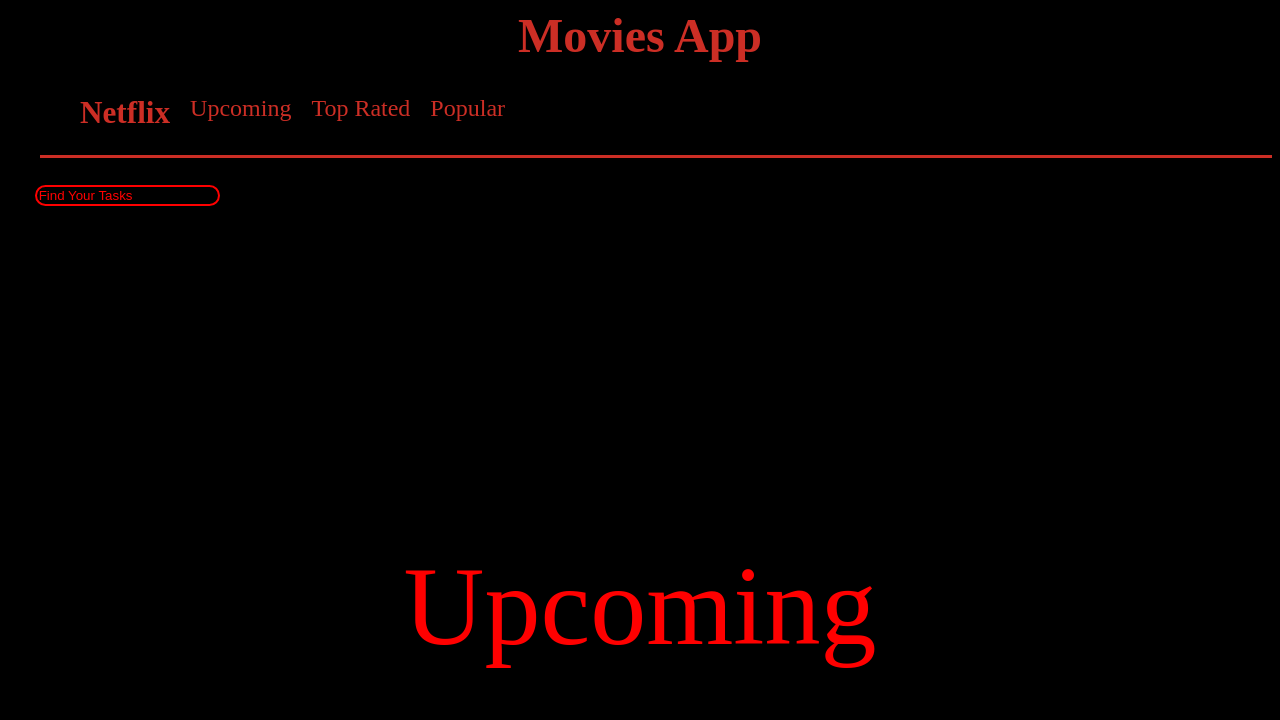
Repository: runner855/movie-app
Page: /
The author's editor kept a copy of each file at every save. The page is drawn from the files as they stood at one save, then again after the next save.
The browser window is 1280 px wide. The pictures show the whole page.
The project was rebuilt for these pictures with package versions that can differ from the ones it lists, and the page was loaded fresh each time. Also part of the build but not shown: src/styles/TopRated.css, src/components/TopRated.tsx, src/styles/Popular.css, src/components/Popular.tsx.

Above is the page before, as saved 2022-11-16 17:34:36.

After the next save:
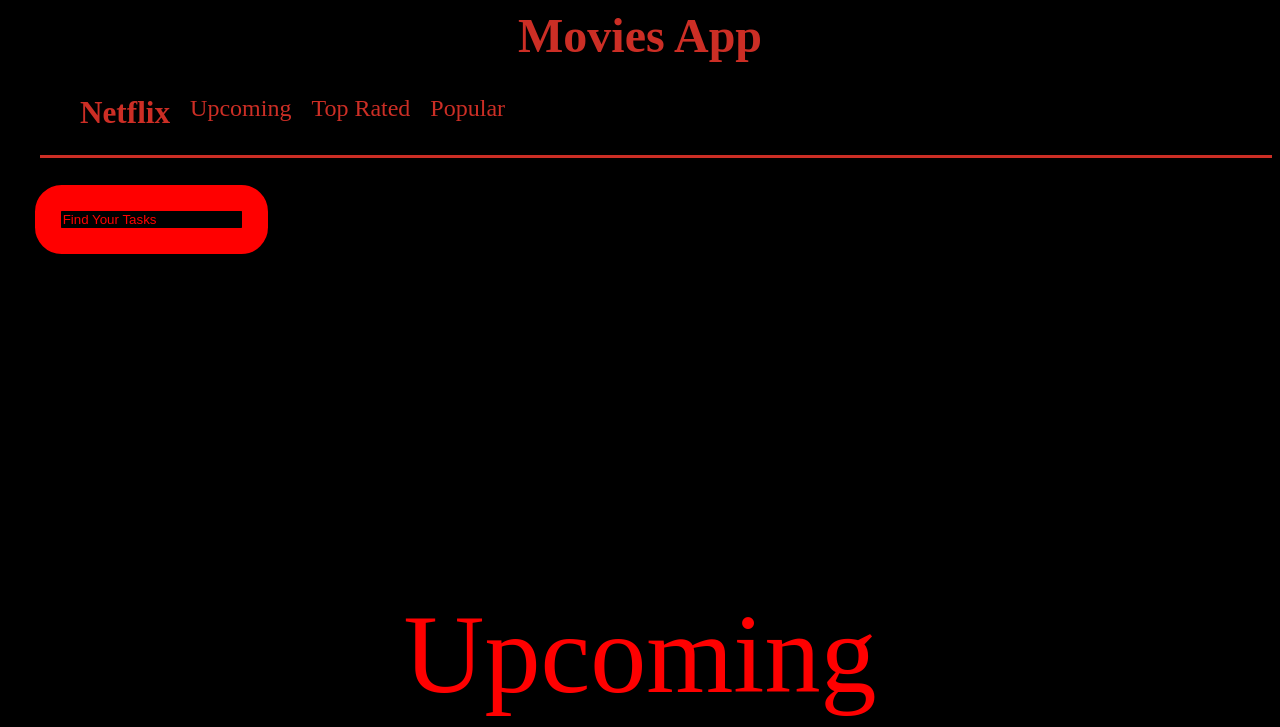
Saved 35 s later.
--- a/src/styles/MoviesFilter.css
+++ b/src/styles/MoviesFilter.css
@@ -4,7 +4,7 @@
 }
 
 input {
-  border: solid red 2px;
+  border: solid red 2em;
   border-radius: 2em;
   background-color: #0000;
 }

After the save that followed:
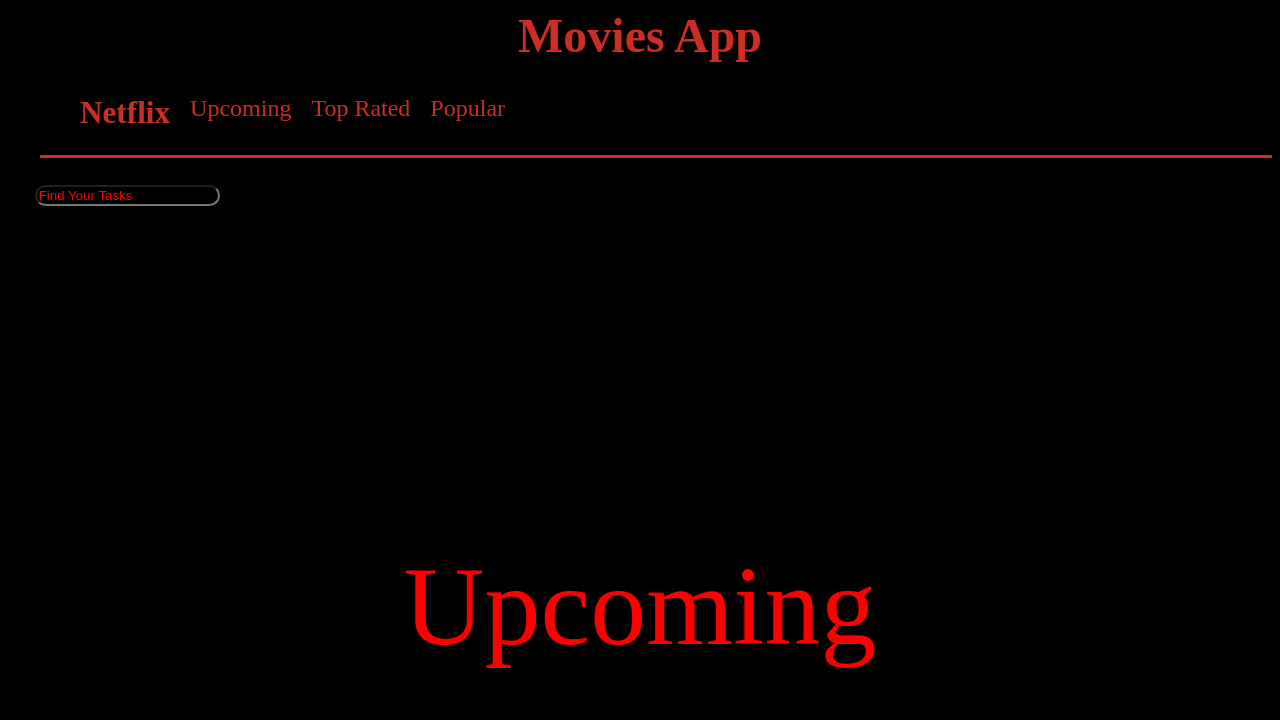
Saved 5 s later.
--- a/src/styles/MoviesFilter.css
+++ b/src/styles/MoviesFilter.css
@@ -4,7 +4,7 @@
 }
 
 input {
-  border: solid red 2em;
+  border: solid red 0.3;
   border-radius: 2em;
   background-color: #0000;
 }
